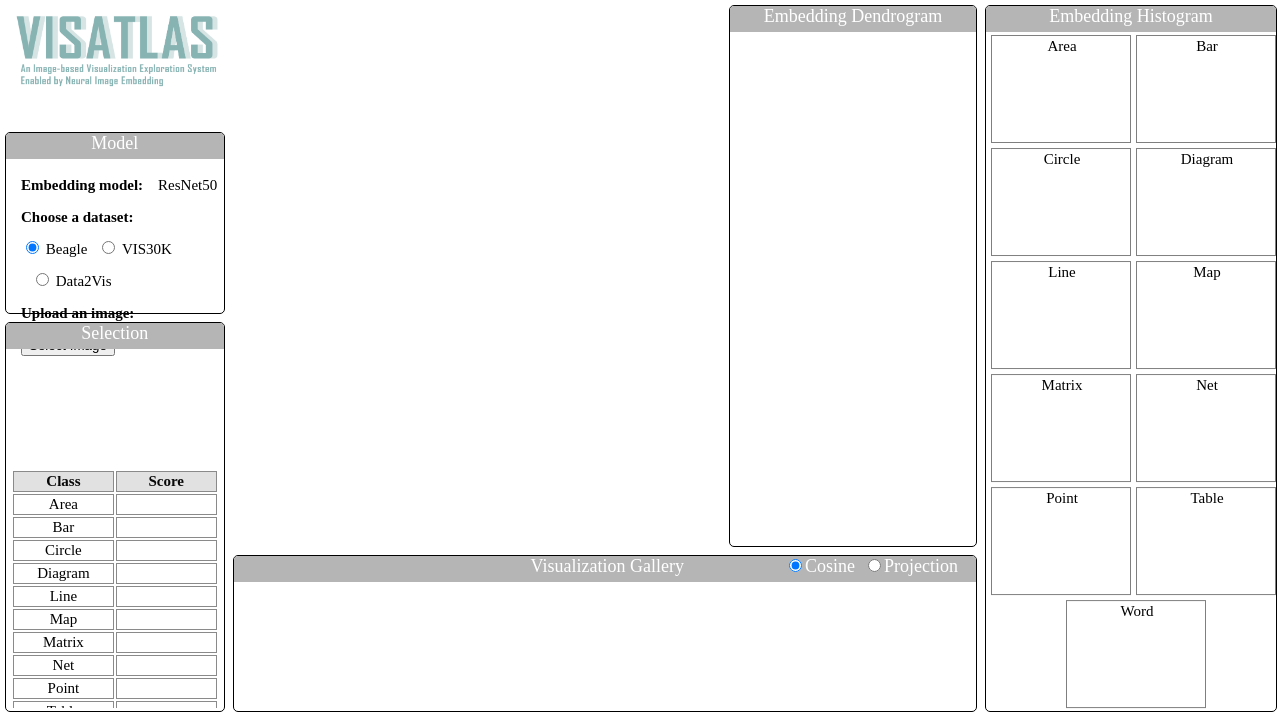
Repository: yilinye/AI_and_human_paintings
Page: / (app in VIS4AI_art/Frontend/)
An editor plug-in stored every save of this project. The page is shown before and after the next save, followed by the edit.
The browser window is 1280 px wide. The page is 1280 px wide, then 1282 px, so the pictures cover 1282 px, including what lies to the right of the window. The pictures show the whole page.
The page's requests for data from a server got no answer. The project was rebuilt for these pictures with package versions that can differ from the ones it lists, and the page was loaded fresh each time. No one was signed in, and anything a server would have sent is missing. Also part of the build but not shown: VIS4AI_art/Frontend/vite.config.js, VIS4AI_art/Frontend/vue.config.js, VIS4AI_art/Frontend/src/components/WelcomeItem.vue, VIS4AI_art/Frontend/src/components/icons/IconDocumentation.vue, VIS4AI_art/Frontend/src/components/icons/IconTooling.vue, VIS4AI_art/Frontend/src/components/icons/IconEcosystem.vue, VIS4AI_art/Frontend/src/components/icons/IconCommunity.vue, VIS4AI_art/Frontend/src/components/icons/IconSupport.vue and 2 more.

Above is the page before, as saved 2022-04-30 22:51:15.

After the next save:
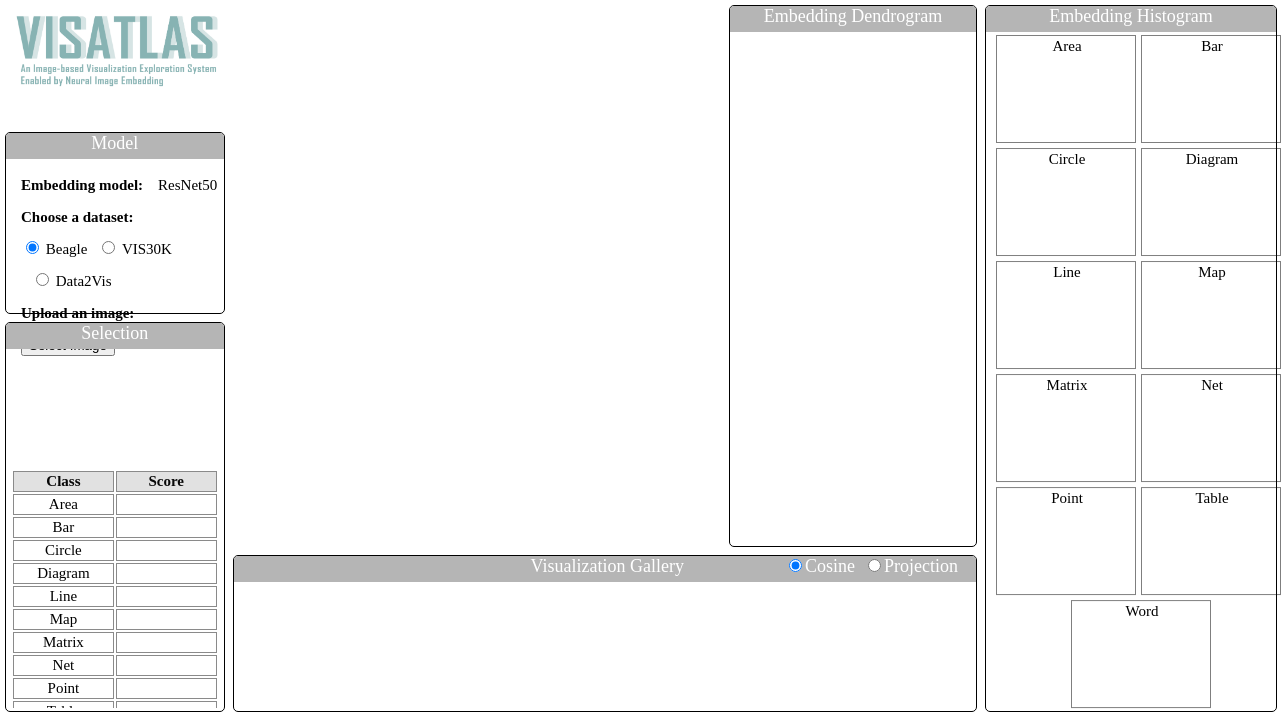
Saved 5 s later.
--- a/VIS4AI_art/Frontend/src/components/histogramView.vue
+++ b/VIS4AI_art/Frontend/src/components/histogramView.vue
@@ -15,7 +15,7 @@
         v-for="(ty, index) in typeName"
         :key="ty"
         :id="'His' + ty"
-        v-bind:style="{ border: 'solid 1px rgba(0, 0, 0, 0.5)', width: wd, height:hs, position: 'absolute', left: '5px', transform: 'translate(' + (index == 10 ? 'calc(50% + 5px)' : index % 2 ? 'calc(100% + 5px)' : '0') + ',' + 'calc(' + ((Math.floor(index / 2)) * 100) + '% + ' + ((Math.floor(index / 2)) * 5) + 'px' + ' + 3px)' + ')' }"
+        v-bind:style="{ border: 'solid 1px rgba(0, 0, 0, 0.5)', width: wd, height:hs, position: 'absolute', left: '10px', transform: 'translate(' + (index == 10 ? 'calc(50% + 5px)' : index % 2 ? 'calc(100% + 5px)' : '0') + ',' + 'calc(' + ((Math.floor(index / 2)) * 100) + '% + ' + ((Math.floor(index / 2)) * 5) + 'px' + ' + 3px)' + ')' }"
       >
 
       </div>
